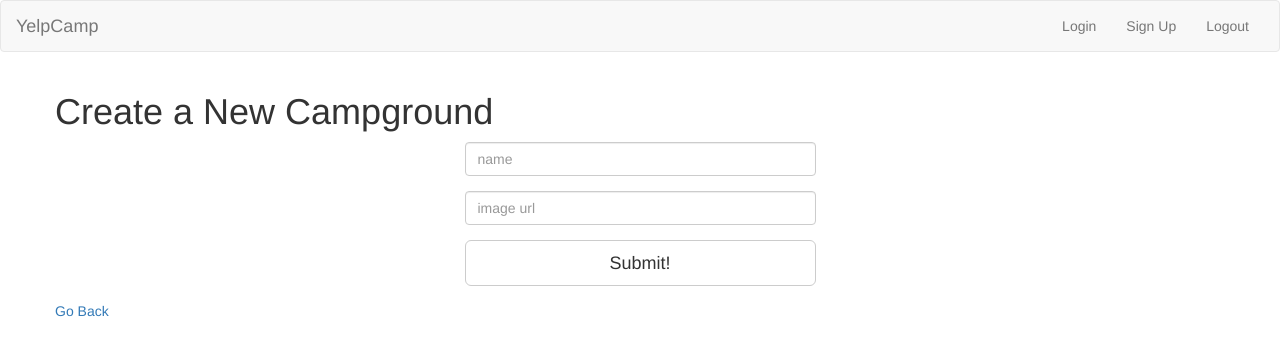
Repository: nax3t/webdevbootcamp
Page: http://localhost/campgrounds/new
The author's editor kept a record of every edit. The page is drawn from the files as they stood at one moment, then again after the next edit.
The browser window is 1280 px wide. The pictures show the whole page.
The page is served by the project's Node server (YelpCamp/v1/app.js).

Above is the page before.

After the next edit:
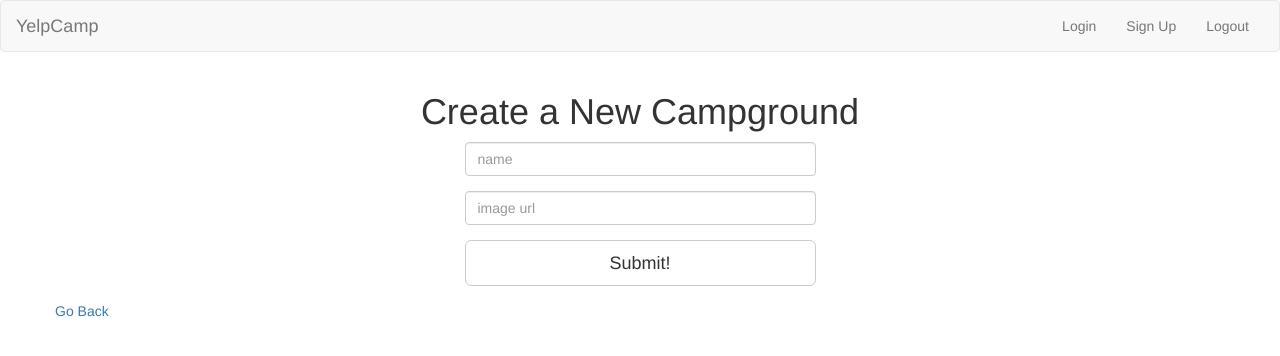
The edit:
--- a/YelpCamp/v1/views/new.ejs
+++ b/YelpCamp/v1/views/new.ejs
@@ -1,7 +1,7 @@
 <% include partials/header %>
 <div class="container">
     <div class="row">
-        <h1>Create a New Campground</h1>
+        <h1 style="text-align: center">Create a New Campground</h1>
         <div style="width: 30%; margin: 0 auto;">
             <form action="/campgrounds" method="POST">
                 <div class="form-group">
